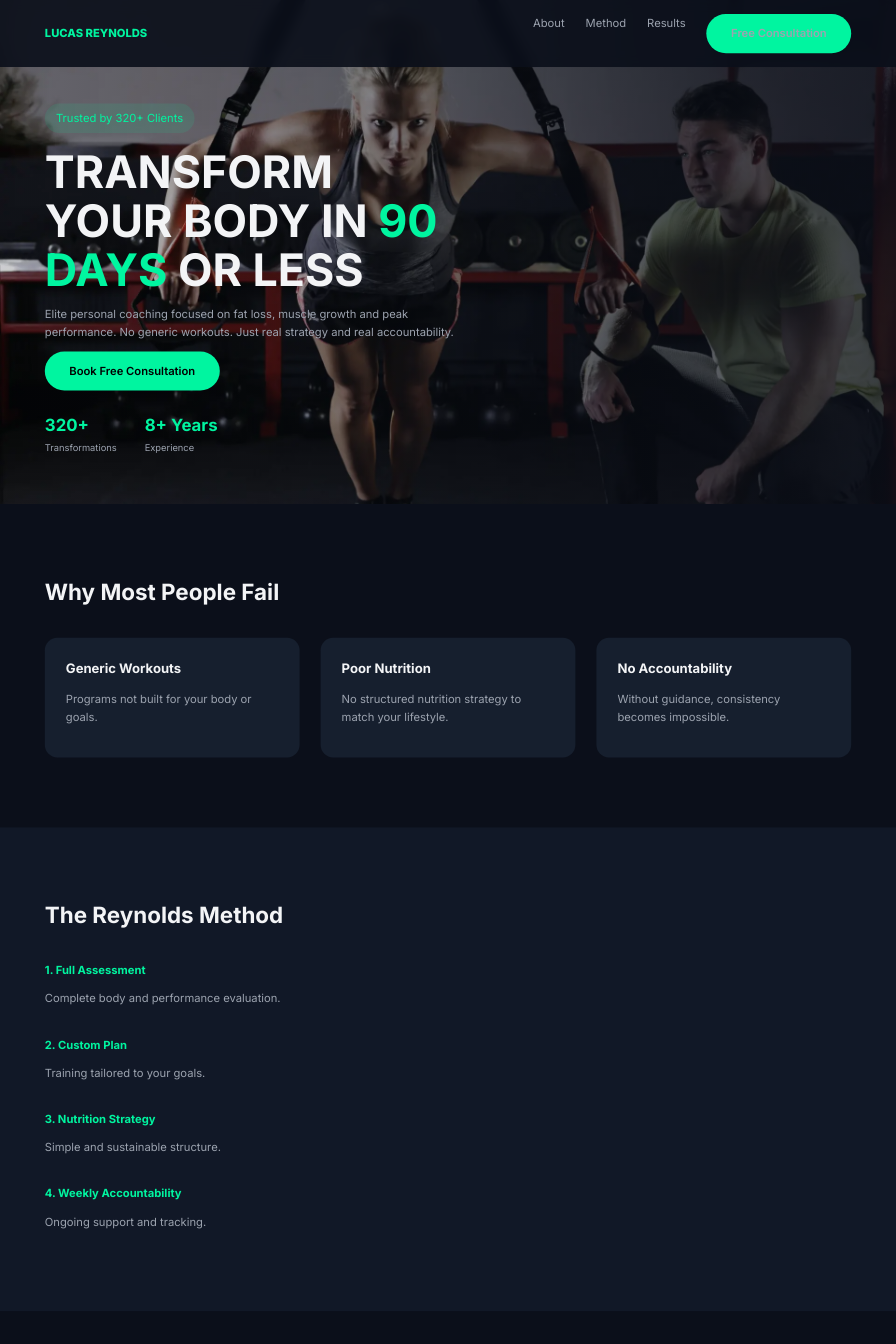
Repository: davidfsillva/Landing-page-pro
Page: index.html
The author's editor kept a copy of each file at every save. The page is drawn from the files as they stood at one save, then again after the next save.
The browser window is 1280 px wide. The pictures show the part of the page from y = 0 to 1920 px (the page is 3002 px tall), at 70% of full size.

Above is the page before, as saved 2026-02-25 18:49:08.

After the next save:
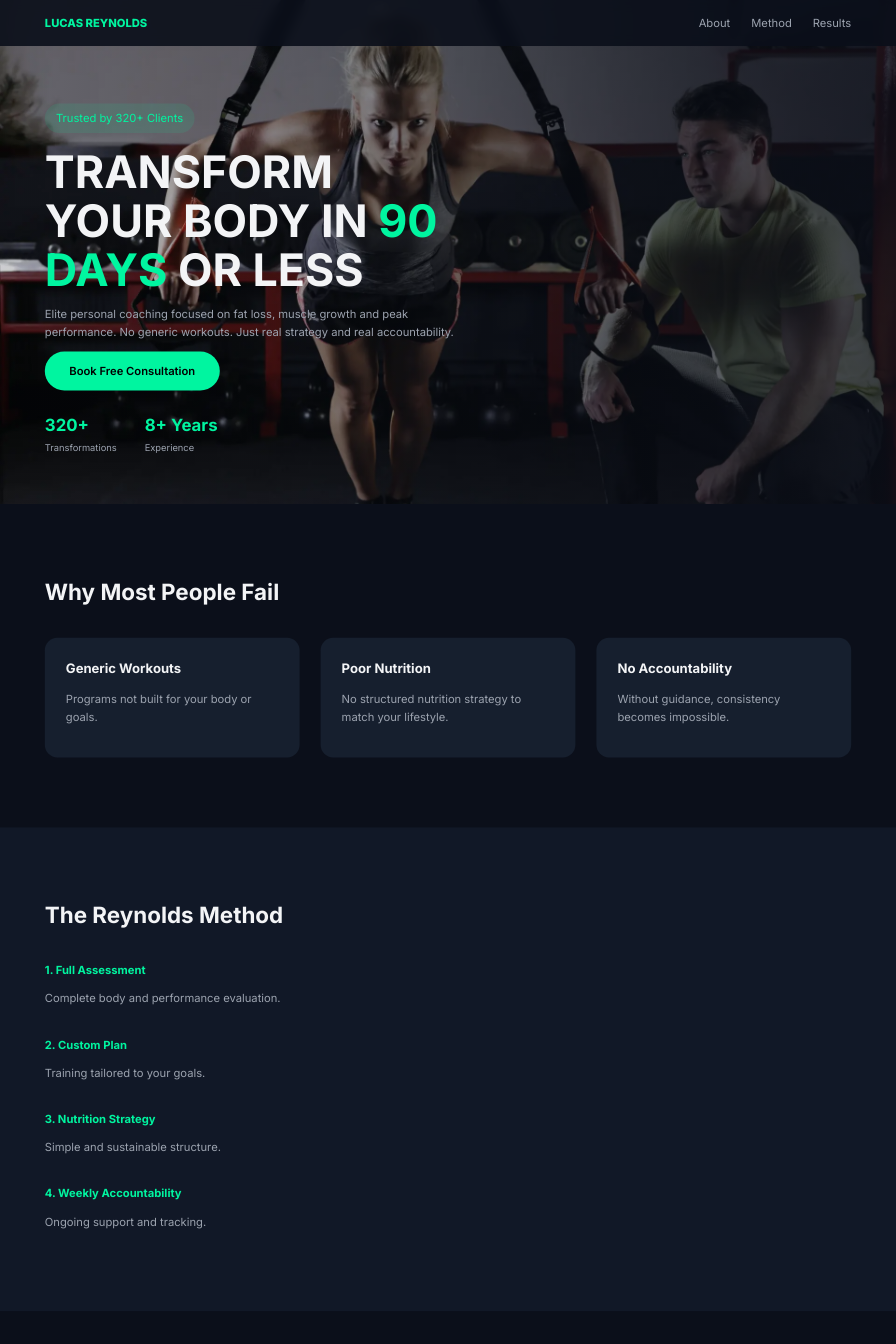
Saved 31 s later.
--- a/index.html
+++ b/index.html
@@ -45,7 +45,6 @@
           <a href="#about">About</a>
           <a href="#method">Method</a>
           <a href="#results">Results</a>
-          <a href="#contact" class="btn btn-primary nav-cta">Free Consultation</a>
       </nav>
   </div>
 </header>
